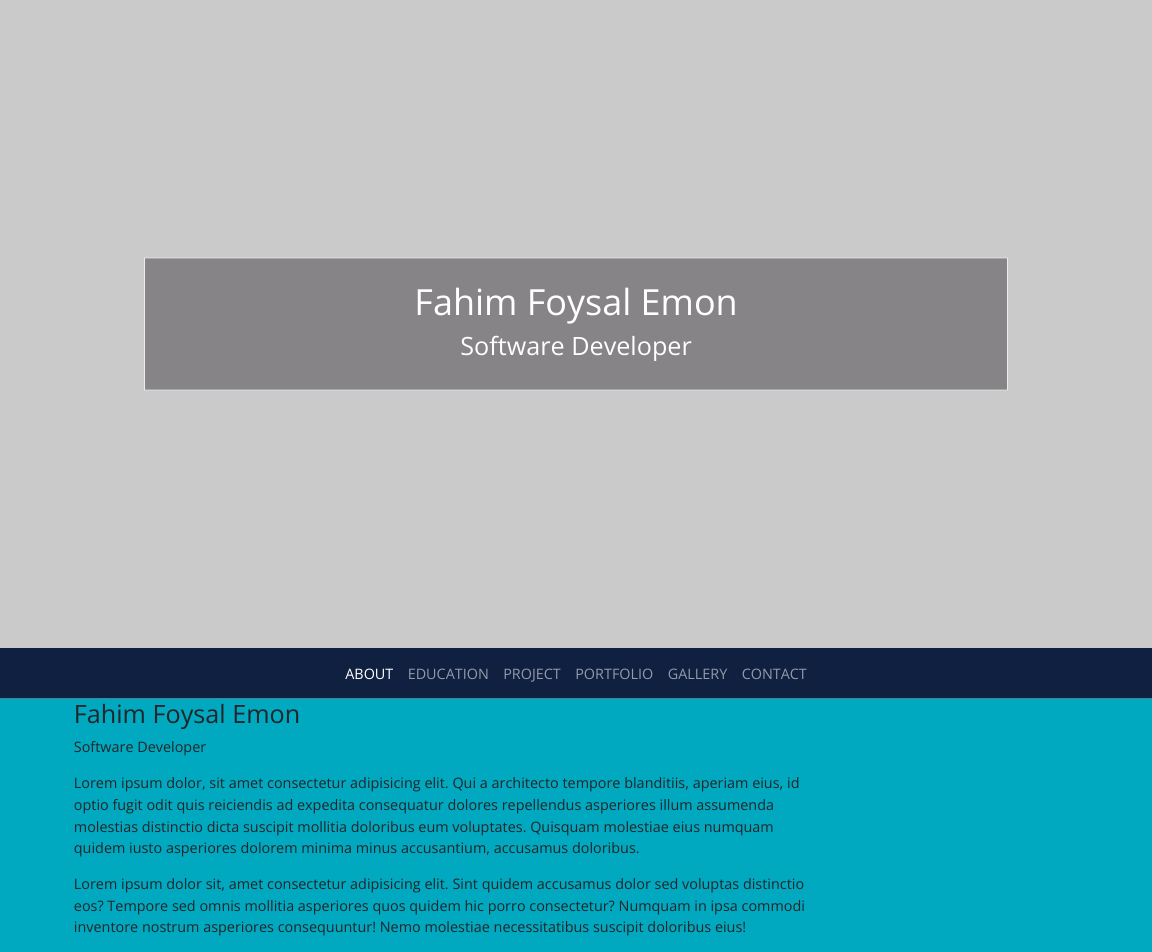
Repository: emowzz/emowzz.github.io
Page: index.html
An editor plug-in stored every save of this project. The page is shown before and after the next save, followed by the edit.
The browser window is 1280 px wide. The pictures show the whole page, at 90% of full size.
Some web libraries are served in a nearby version.

Above is the page before, as saved 2021-03-17 18:02:41.

After the next save:
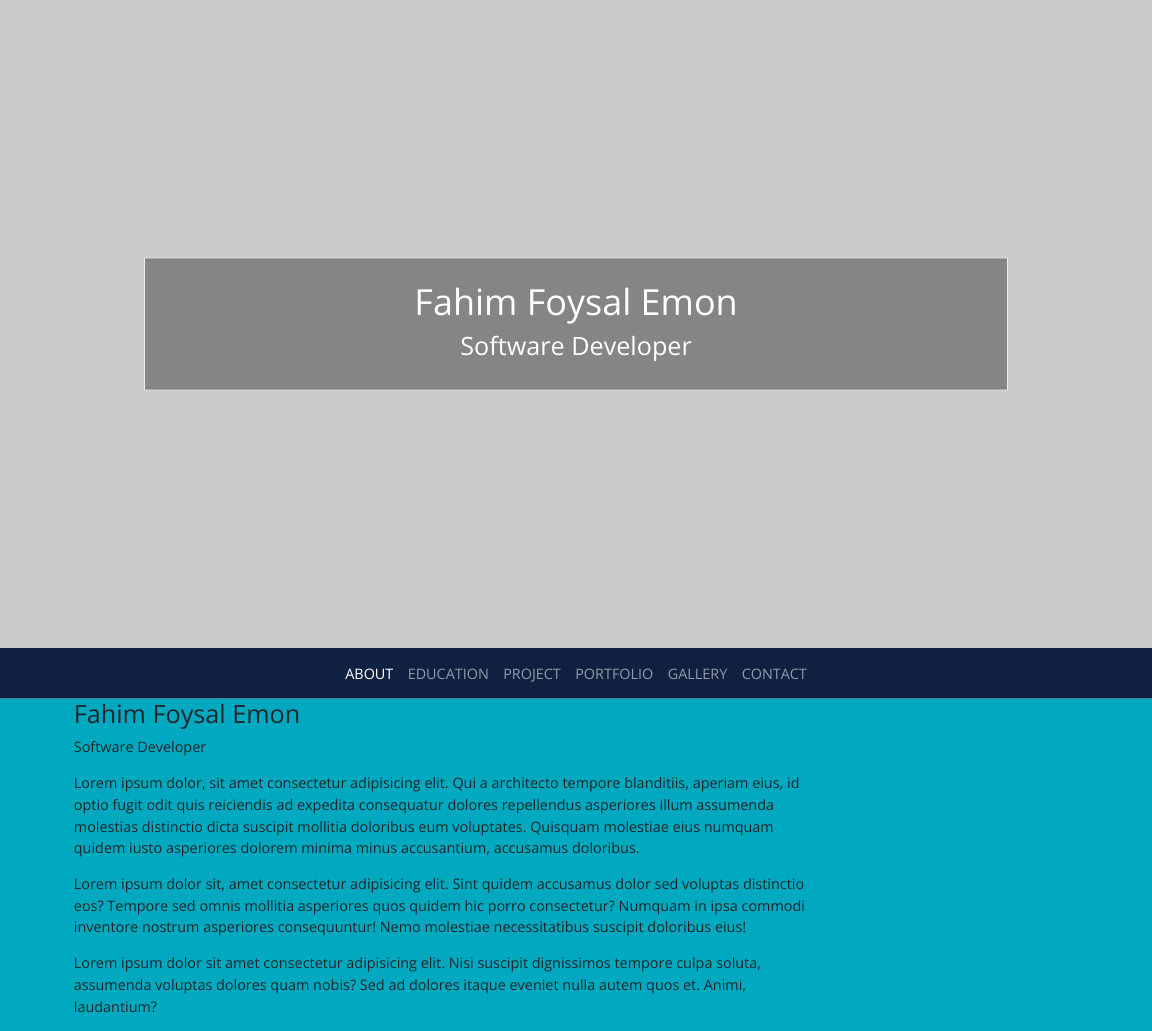
Saved 10 s later.
--- a/index.html
+++ b/index.html
@@ -78,6 +78,9 @@
             distinctio eos? Tempore sed omnis mollitia asperiores quos quidem hic porro consectetur? Numquam in ipsa
             commodi inventore nostrum asperiores consequuntur! Nemo molestiae necessitatibus suscipit doloribus eius!
           </p>
+          <p>
+            Lorem ipsum dolor sit amet consectetur adipisicing elit. Nisi suscipit dignissimos tempore culpa soluta, assumenda voluptas dolores quam nobis? Sed ad dolores itaque eveniet nulla autem quos et. Animi, laudantium?
+          </p>
         </div>
 
         <div class="col-md-3">
